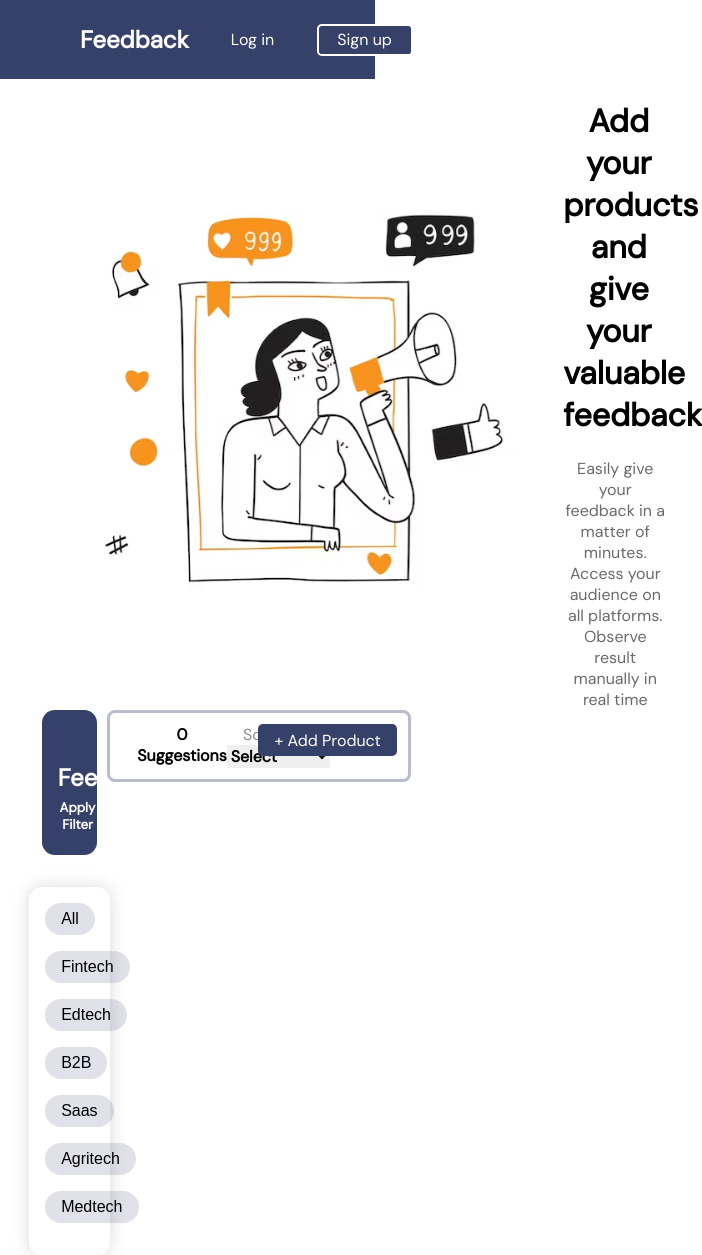
Repository: drumsmanku/final-evaluation-test
Page: / (app in client/)
An editor plug-in stored every save of this project. The page is shown before and after the next save, followed by the edit.
The browser window is 375 px wide. The page is 702 px wide, then 453 px, so the pictures cover 702 px, including what lies to the right of the window. The pictures show the whole page.
The page's requests for data from a server got no answer. The project was rebuilt for these pictures with package versions that can differ from the ones it lists, and the page was loaded fresh each time. No one was signed in, and anything a server would have sent is missing. Also part of the build but not shown: client/src/CSS/LoginPopUp.css, client/src/Components/LoginPopUp.js, client/src/CSS/SignupPopUp.css, client/src/Components/SignupPopUp.js, client/src/CSS/AddProductPopUp.css, client/src/Components/AddProductPopUp.js, client/src/Components/CommentsSection.js, client/src/CSS/SignUp.css and 3 more.

Above is the page before, as saved 2023-07-31 23:35:53.

After the next save:
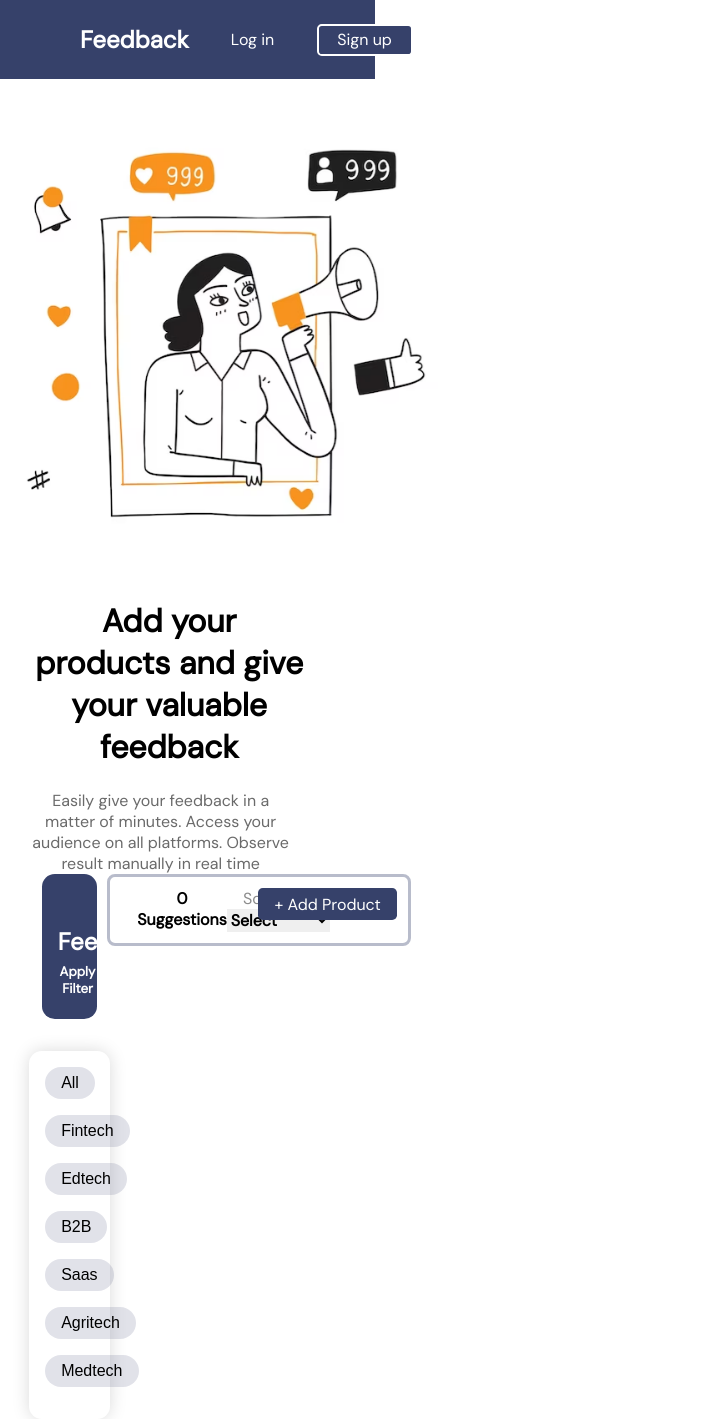
Saved 2 min 5 s later.
--- a/client/src/CSS/MainPage.css
+++ b/client/src/CSS/MainPage.css
@@ -157,4 +157,7 @@ body{
   .main-container {
     flex-direction: column;
   }
+  .title-desc{
+    flex-direction: column;
+  }
 }
